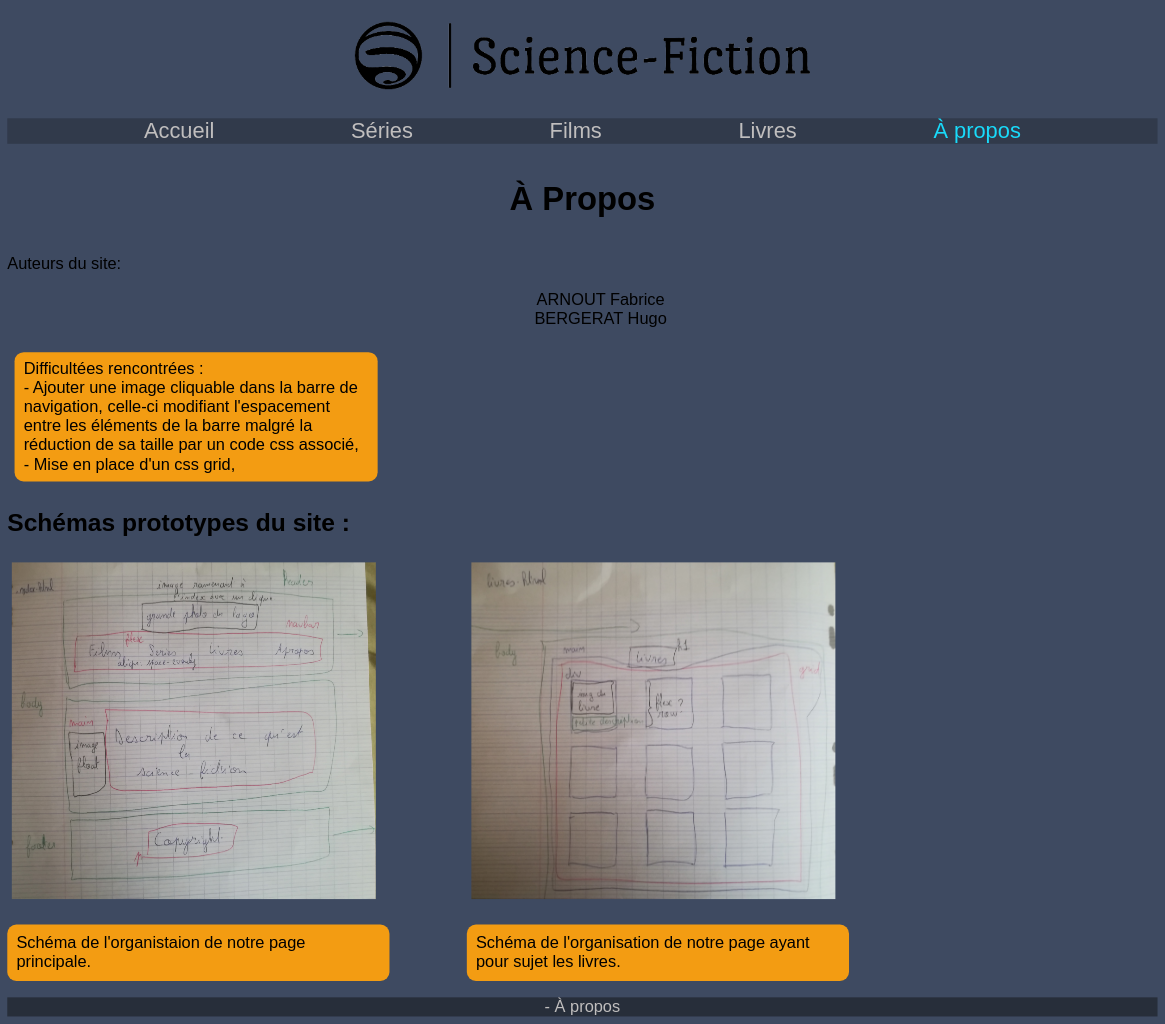
Repository: Emalios/Projet-Web
Page: html/a-propos.html
These files come from the project's save history. The page is drawn as it stood at one moment and after the next save; the edit follows.
The browser window is 1280 px wide. The pictures show the whole page, at 91% of full size.

Above is the page before, as saved 2020-11-11 19:08:11.

### html/a-propos.html
<!DOCTYPE html>
<html lang="fr" dir="ltr">

<head>
  <meta charset="utf-8">
  <meta name="viewport" content="width=device-width, initial-scale=1.0">
  <title>Science-Fiction - À propos</title>
  <link rel="icon" href="../images/small_icon.png" type="image/png">
  <link rel="stylesheet" href="../css/common.css">
  <link rel="stylesheet" href="../css/a-propos.css">
</head>

<body>
  <header>
    <img id="logo" src="../images/logo_large.png" alt="logo de Science-fiction">
    <nav class="navbar">
      <a href="../index.html" class="nav-link">Accueil</a>
      <a href="series.html" class="nav-link">Séries</a>
      <a href="films.html" class="nav-link">Films</a>
      <a href="livres.html" class="nav-link">Livres</a>
      <a href="a-propos.html" id="active" class="nav-link">À propos</a>
    </nav>
  </header>
  <main>
    <h1 id="title">À Propos</h1>
    <div class="presentation">
      <div id="auteurs-div">Auteurs du site:
        <ul id="auteurs">
          <li class="auteurs-item">ARNOUT Fabrice</li>
          <li class="auteurs-item">BERGERAT Hugo</li>
        </ul>
      </div>
      <p id="difficultes" class="texte">Difficultées rencontrées :<br>- Ajouter une image cliquable dans la barre de navigation, celle-ci modifiant l'espacement entre les éléments de la barre malgré la réduction de sa taille par un code css associé,
        <br> - Mise en place d'un css grid,
      </p>
    </div>
    <h2 id="sous-titre"> Schémas prototypes du site :</h2>
    <section class="section">
      <img id="schema_index" src="../images/schema_index.jpg" alt="schema de l'index de notre site">
      <p class="legende">Schéma de l'organistaion de notre page principale.</p>
    </section>
    <section class="section">
      <img id="schema_livres" src="../images/schema_livres.jpg" alt="schema de la pasges 'Livres' de notre site">
      <p class="legende">Schéma de l'organisation de notre page ayant pour sujet les livres.</p>
    </section>
  </main>
  <footer><a href="a-propos.html" class="footer-link">- À propos</a></footer>
</body>


</html>

### css/common.css
body {
  background-color: #3e4a61;
  font-size: 18px;
  font-family: "Source Sans Pro", sans-serif;
}

#logo {
  display: block;
  margin-left: auto;
  margin-right: auto;
  padding-top: 1rem;
  padding-bottom: 2rem;
  max-width: 500px;
}

ul {
  list-style: none outside none;
}

.navbar {
  font-size: 24px;
  display: flex;
  flex-wrap: wrap;
  justify-content: space-evenly;
  padding: 0;
  background-color: #313a4b;
}

.nav-link, .footer-link {
  text-decoration: none;
  color: #c0bebe;
}

.nav-link:hover {
  color: #19dafa;
}

#active {
  color: #19dafa !important;
}

#title {
  text-align: center;
  padding: 1rem;
}

footer {
  background-color: #272e3a;
  text-align: center;
}

@media all and (max-width: 700px) {
  #logo {
    display: block;
    margin-left: auto;
    margin-right: auto;
    padding-top: 1em;
    width: 85%;
    max-width: 500px;
  }

}

### css/a-propos.css
/** début css pour a propos */
.texte {
  display: inline-flex;
  flex-direction: row;
  margin: 8px;
  padding: 8px 10px;
  background-color: #f39c12;
  border-radius: 10px;
  max-width: 30%;
}

#auteurs {
  min-width: 155px;
  text-align: center;
}

#difficultes {
  min-width: 260px;
}

.description {
  display: block;
  text-align: justify;
  margin: 0px 5px 5px 5px;
}

section {
  display: inline-block;
  flex-direction: column;
  max-width: 500px;
  vertical-align: top;
  margin-right: auto;
  margin-left: auto;
}

#schema_index, #schema_livres {
  display: inline-block;
  padding: 5px;
  width: 400px;
  height: 370px;
}

.legende {
  display: inline-block;
  max-width: 400px;
  padding: 10px 10px;
  background-color: #f39c12;
  border-radius: 10px;
}

.auteurs-div {
  text-align: center;
}

.auteurs {
  display: flex;
}

@media all and (max-width: 700px) {
  .texte {
    display: flex;
    flex-direction: column;
    margin-right: auto;
    margin-left: auto;
    padding: 8px 10px;
    background-color: #f39c12;
    border-radius: 10px;
    min-width: 70%;
    vertical-align: top;
  }
}

/** fin css pour a propos */

After the next save:
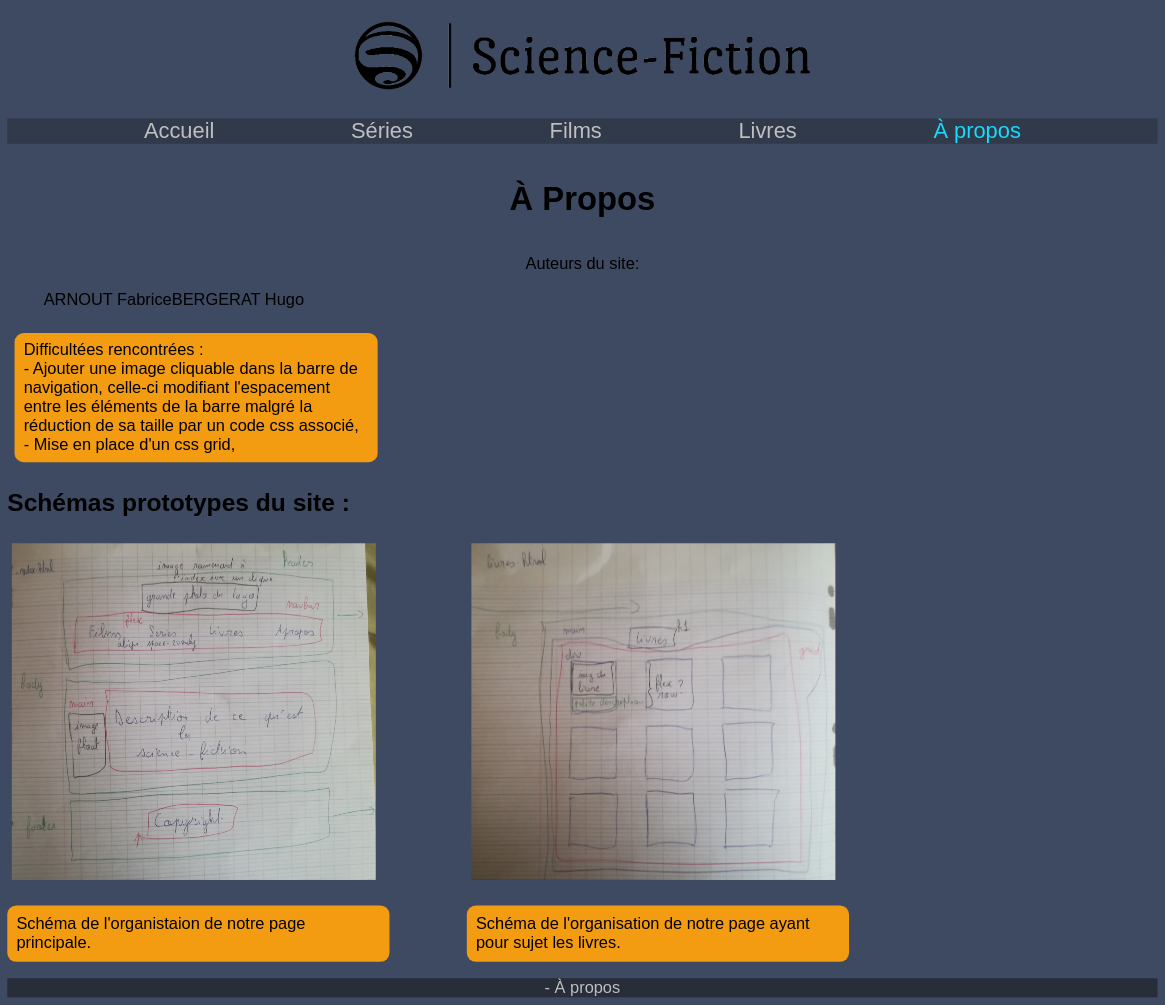
Saved 26 s later.
--- a/css/a-propos.css
+++ b/css/a-propos.css
@@ -48,11 +48,11 @@
   border-radius: 10px;
 }
 
-.auteurs-div {
+#auteurs-div {
   text-align: center;
 }
 
-.auteurs {
+#auteurs {
   display: flex;
 }
 

After the save that followed:
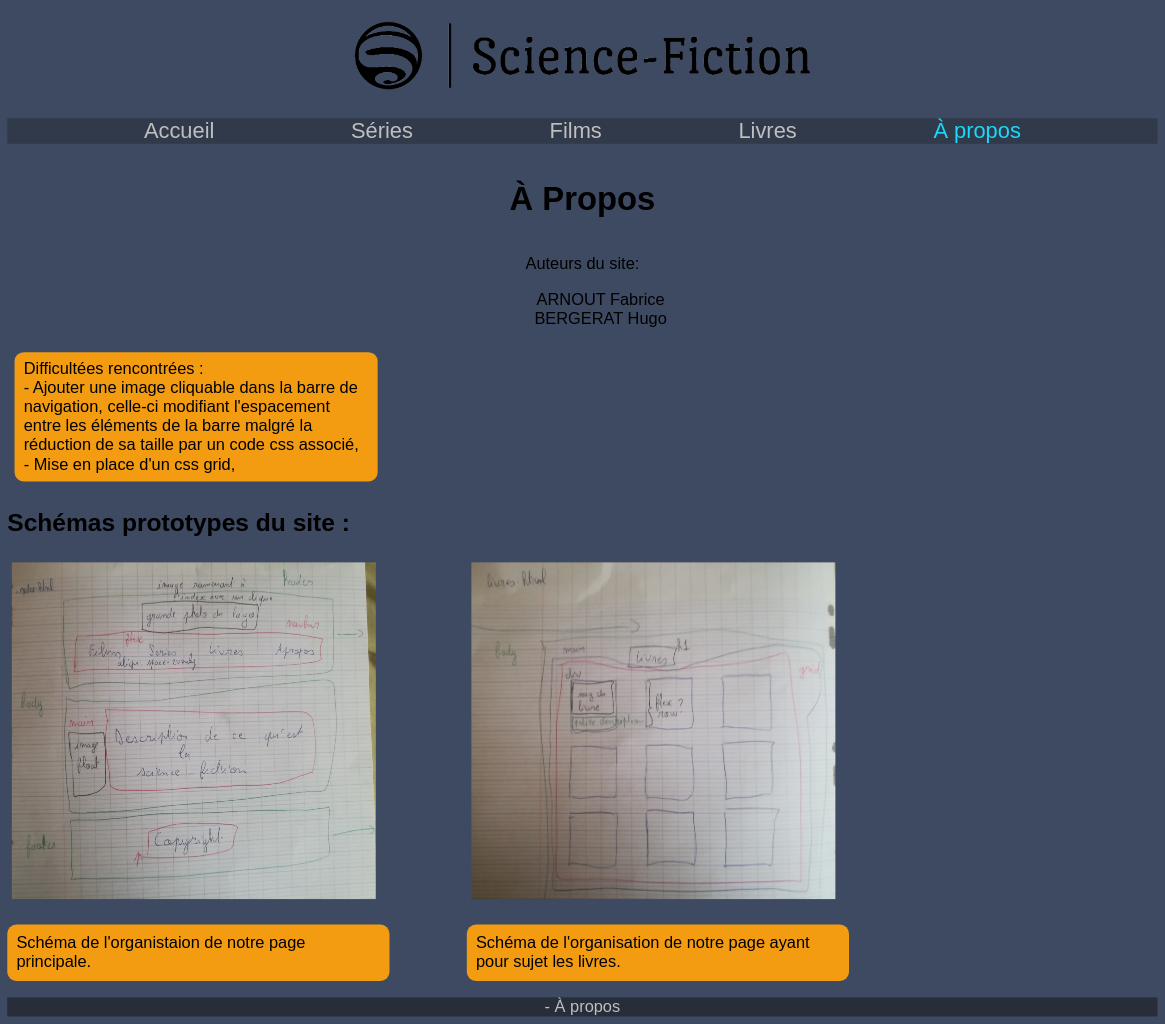
Saved 24 s later.
--- a/css/a-propos.css
+++ b/css/a-propos.css
@@ -54,6 +54,7 @@
 
 #auteurs {
   display: flex;
+  flex-direction: column;
 }
 
 @media all and (max-width: 700px) {
